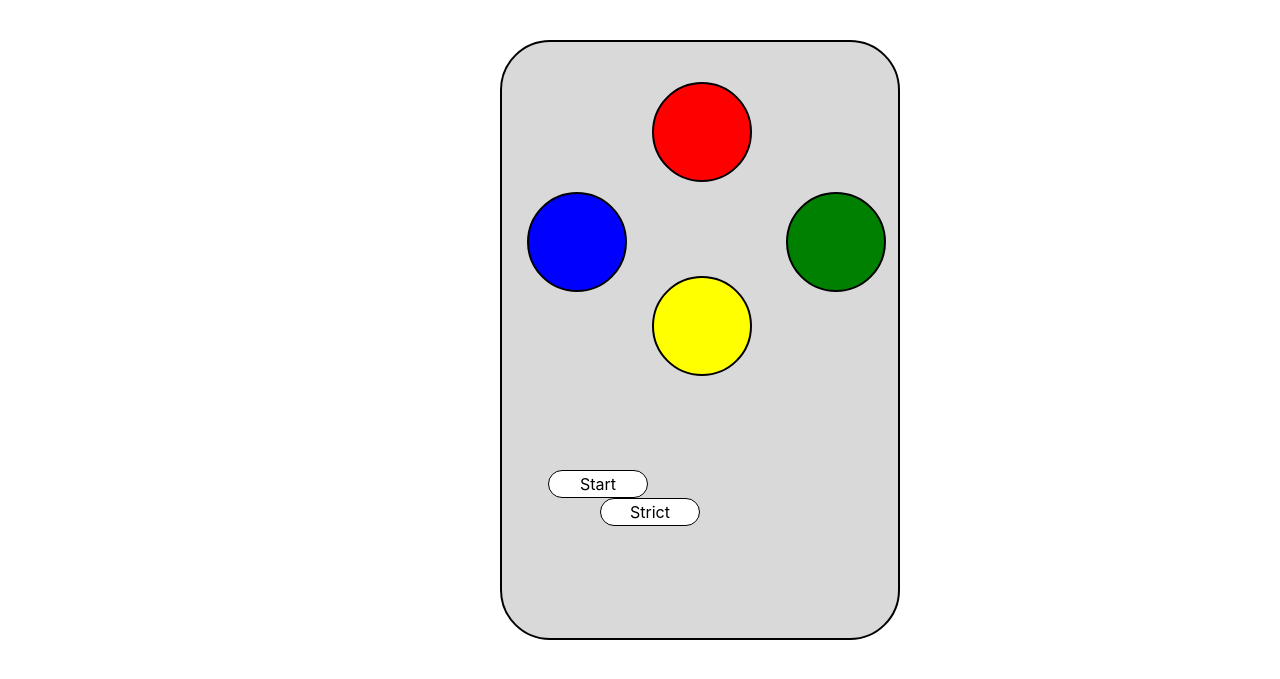
Repository: Code-Institute-Submissions/The-Simon-Game
Page: index.html
The author's editor kept a record of every edit. The page is drawn from the files as they stood at one moment, then again after the next edit.
The browser window is 1280 px wide. The pictures show the whole page.

Above is the page before.

After the next edit:
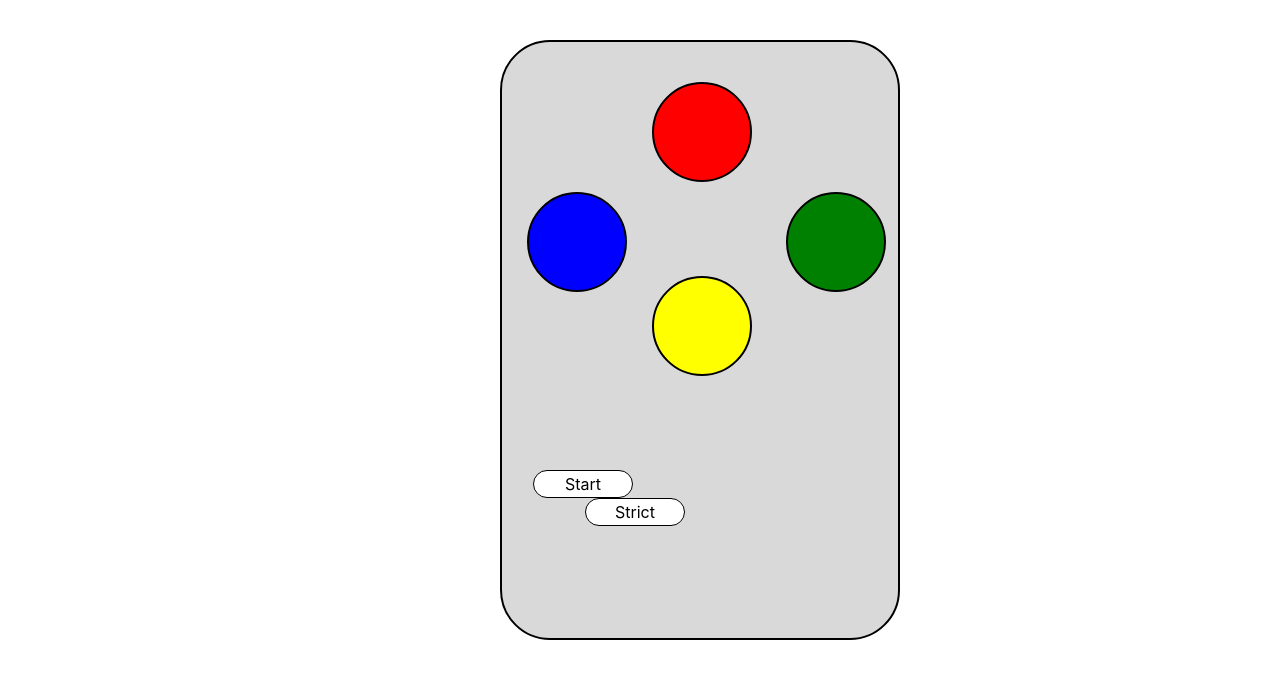
The edit:
--- a/index.html
+++ b/index.html
@@ -27,13 +27,14 @@
                     <div class="green"></div>
                 </div>
                 <!-- Start and Strict Buttons -->
+                <div class="row">
                 <div class="column col-4 col-sm-4">
-                    <div class="">
                     <button class="start_button">Start</button>
                     <button class="strict_button">Strict</button>
                 </div>
             </div>
         </div>
+        </div>
     </section>
 </body>
 
